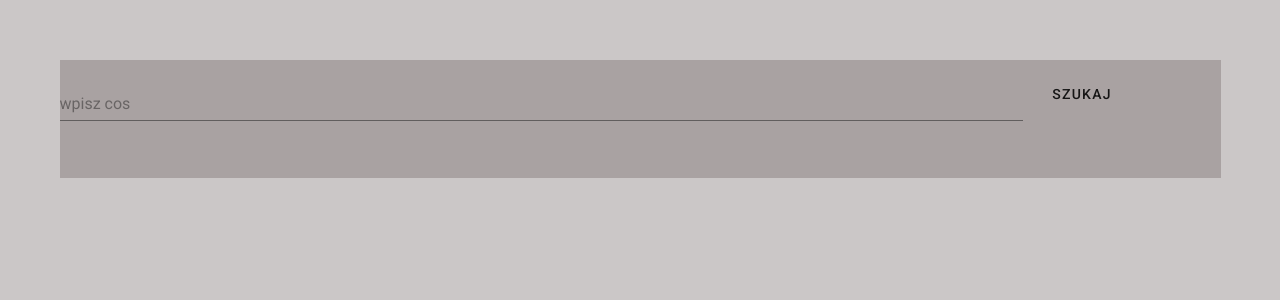
Repository: kq333/wyszukiwarka-filmow-seriali
Page: / (app in searchapp/)
The author's editor kept a copy of each file at every save. The page is drawn from the files as they stood at one save, then again after the next save.
The browser window is 1280 px wide. The pictures show the whole page.
The project was rebuilt for these pictures with package versions that can differ from the ones it lists, and the page was loaded fresh each time. Also part of the build but not shown: searchapp/vue.config.js, searchapp/src/views/Home.vue.

Above is the page before, as saved 2021-02-18 01:26:50.

### searchapp/src/App.vue
<template>
  <v-app id="demo">


    <v-main>
      <HelloWorld/>
    </v-main>
  </v-app>
</template>

<script>
import HelloWorld from './components/HelloWorld';

export default {
  name: 'App',

  components: {
    HelloWorld,
  },

  data: () => ({
    //
  }),
};
</script>

<style>

#demo{
  background-color:rgba(102, 91, 91, 0.342);
}

</style>

### searchapp/src/components/HelloWorld.vue
<template >

  <v-container>


<div id="demo"  >




<v-row >
   <v-col lg="10">


            <v-text-field ref="value"  clearable placeholder="wpisz cos" type="text" v-model="input"></v-text-field>

    </v-col>

    <v-btn id="btn" outlined @click="klik" class="mt-4"><v-icon>mdi-find</v-icon>Szukaj</v-btn>

 </v-row>



  <v-row>
    <v-col >
      <div   v-for="arr in arrays" :key="arr.index" >
        <v-row>
          <v-col >
                <p  id="text1"  class="mx-12" style="font-size:38px">{{arr.title}}</p>
          </v-col>

                </v-row>

                  <v-row >
                    <v-col id="image"  lg="4" xs="2" >
                      <img  style="border-radius: 2%" class="ml-8" :src="arr.poster" />
                    </v-col>
                        <v-col id="text" lg="8" xs="2" cols="6" >
                          <span  id="demo"> Aktorzy:</span> <span> {{ arr.actors}}</span>
                          <p></p>

                          <span> Reżyseria:</span> <span>{{arr.director}}</span>
                          <p></p>
                          <span>Kraj: </span><span>{{arr.country}}</span>
                          <p></p>
                          <span>Rok produkcji: </span><span>{{arr.released}}</span>
                          <p></p>
                          <span>Gatunek: </span><span>{{arr.genre}}</span>
                          <p></p>
                          <span>Opis: </span><span>{{arr.plot}}</span>
                          <p></p>
                          <span>Ranking IMDB: </span><span>{{arr.imdb}}</span>
                        </v-col>
                  </v-row>

              <v-row >

              </v-row>





      </div>
    </v-col>
  </v-row>


 </div>





  </v-container>
</template>

<script>
  export default {
    name: 'HelloWorld',

    data(){

    return{

      input:'',

      arrays:[],

    }

  },
   methods: {

  klik(){

       this.input

       const inputValue = this.$refs.value.value

       if(inputValue>''){


    const url = 'https://www.omdbapi.com/?apikey=7bd5b2c8&t=';

    const result  = url + this.input;

    fetch(result)

  .then((res)=>{
      return res.json();
  })

  .then((data)=>{

    this.arrays.push({poster: data.Poster, actors: data.Actors, director: data.Director, title:data.Title, country:data.Country, released: data.Released, genre: data.Genre, plot: data.Plot, imdb:data.imdbRating

    })


  }),

this.input=''
this.text=""

this.arrays.pop()

      }
      }
      }
      }


</script>

<style scoped>




#demo{

  margin-top:60px;

}



#btn{
  border: 0px  ;
}
</style>

Loaded but not shown: searchapp/public/index.html (common file); searchapp/src/main.js (common file); searchapp/src/router/index.js (common file); searchapp/src/plugins/vuetify.js (common file)

After the next save:
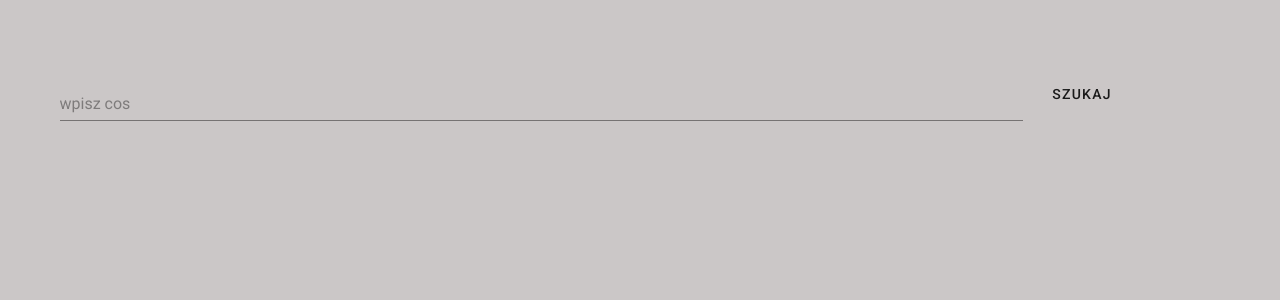
Saved 61 s later.
--- a/searchapp/src/App.vue
+++ b/searchapp/src/App.vue
@@ -24,7 +24,7 @@
 };
 </script>
 
-<style>
+<style scoped>
 
 #demo{
   background-color:rgba(102, 91, 91, 0.342);

After the save that followed:
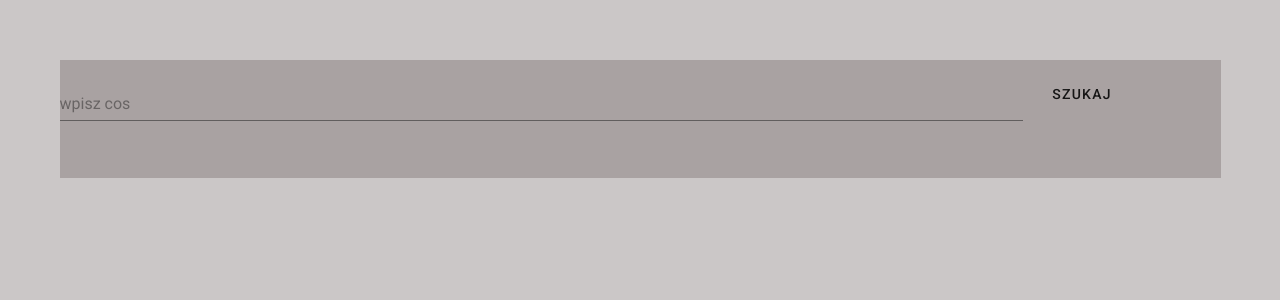
Saved 10 s later.
--- a/searchapp/src/App.vue
+++ b/searchapp/src/App.vue
@@ -24,7 +24,7 @@
 };
 </script>
 
-<style scoped>
+<style >
 
 #demo{
   background-color:rgba(102, 91, 91, 0.342);
